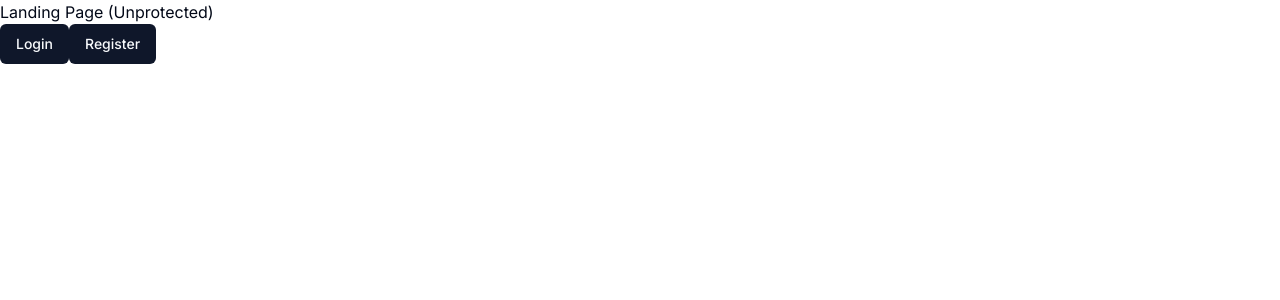
Repository: tathagat22/NeoSynth
Page: /
These files come from the project's save history. The page is drawn as it stood at one moment and after the next save; the edit follows.
The browser window is 1280 px wide. The pictures show the whole page.
The project was rebuilt for these pictures with package versions that can differ from the ones it lists, and the page was loaded fresh each time. Some packages were replaced by stand-ins written for this rebuild. The framework's server and built-in components were replaced by stand-ins that run in the browser. Also part of the build but not shown: next.config.js.

Above is the page before, as saved 2023-08-25 21:52:23.

### app/layout.tsx
import "./globals.css";
import type { Metadata } from "next";
import { Inter } from "next/font/google";
import { ClerkProvider } from "@clerk/nextjs";

const inter = Inter({ subsets: ["latin"] });

export const metadata: Metadata = {
  title: "NeoSynth",
  description: "Neo is thinking for you behind the matrix",
};

export default function RootLayout({
  children,
}: {
  children: React.ReactNode;
}) {
  return (
    <ClerkProvider>
      <html lang="en">
        <body className={inter.className}>{children}</body>
      </html>
    </ClerkProvider>
  );
}

### app/(landing)/page.tsx
import { Button } from "@/components/ui/button";
import  Link  from "next/link";

const LandingPage = () => {
  return (
    <div>
      Landing Page (Unprotected)
      <div>
        <Link href="/sign-in">
          <Button>Login</Button>
        </Link>
        <Link href="/sign-up">
          <Button>Register</Button>
        </Link>
      </div>
    </div>
  );
};

export default LandingPage;

### app/globals.css
@tailwind base;
@tailwind components;
@tailwind utilities;

html, body, :root {
  height: 100%;
}
@layer base {
  :root {
    --background: 0 0% 100%;
    --foreground: 222.2 84% 4.9%;

    --card: 0 0% 100%;
    --card-foreground: 222.2 84% 4.9%;

    --popover: 0 0% 100%;
    --popover-foreground: 222.2 84% 4.9%;

    --primary: 222.2 47.4% 11.2%;
    --primary-foreground: 210 40% 98%;

    --secondary: 210 40% 96.1%;
    --secondary-foreground: 222.2 47.4% 11.2%;

    --muted: 210 40% 96.1%;
    --muted-foreground: 215.4 16.3% 46.9%;

    --accent: 210 40% 96.1%;
    --accent-foreground: 222.2 47.4% 11.2%;

    --destructive: 0 84.2% 60.2%;
    --destructive-foreground: 210 40% 98%;

    --border: 214.3 31.8% 91.4%;
    --input: 214.3 31.8% 91.4%;
    --ring: 222.2 84% 4.9%;

    --radius: 0.5rem;
  }

  .dark {
    --background: 222.2 84% 4.9%;
    --foreground: 210 40% 98%;

    --card: 222.2 84% 4.9%;
    --card-foreground: 210 40% 98%;

    --popover: 222.2 84% 4.9%;
    --popover-foreground: 210 40% 98%;

    --primary: 210 40% 98%;
    --primary-foreground: 222.2 47.4% 11.2%;

    --secondary: 217.2 32.6% 17.5%;
    --secondary-foreground: 210 40% 98%;

    --muted: 217.2 32.6% 17.5%;
    --muted-foreground: 215 20.2% 65.1%;

    --accent: 217.2 32.6% 17.5%;
    --accent-foreground: 210 40% 98%;

    --destructive: 0 62.8% 30.6%;
    --destructive-foreground: 210 40% 98%;

    --border: 217.2 32.6% 17.5%;
    --input: 217.2 32.6% 17.5%;
    --ring: 212.7 26.8% 83.9%;
  }
}

@layer base {
  * {
    @apply border-border;
  }
  body {
    @apply bg-background text-foreground;
  }
}

### components/ui/button.tsx
import * as React from "react"
import { Slot } from "@radix-ui/react-slot"
import { cva, type VariantProps } from "class-variance-authority"

import { cn } from "@/lib/utils"

const buttonVariants = cva(
  "inline-flex items-center justify-center rounded-md text-sm font-medium ring-offset-background transition-colors focus-visible:outline-none focus-visible:ring-2 focus-visible:ring-ring focus-visible:ring-offset-2 disabled:pointer-events-none disabled:opacity-50",
  {
    variants: {
      variant: {
        default: "bg-primary text-primary-foreground hover:bg-primary/90",
        destructive:
          "bg-destructive text-destructive-foreground hover:bg-destructive/90",
        outline:
          "border border-input bg-background hover:bg-accent hover:text-accent-foreground",
        secondary:
          "bg-secondary text-secondary-foreground hover:bg-secondary/80",
        ghost: "hover:bg-accent hover:text-accent-foreground",
        link: "text-primary underline-offset-4 hover:underline",
      },
      size: {
        default: "h-10 px-4 py-2",
        sm: "h-9 rounded-md px-3",
        lg: "h-11 rounded-md px-8",
        icon: "h-10 w-10",
      },
    },
    defaultVariants: {
      variant: "default",
      size: "default",
    },
  }
)

export interface ButtonProps
  extends React.ButtonHTMLAttributes<HTMLButtonElement>,
    VariantProps<typeof buttonVariants> {
  asChild?: boolean
}

const Button = React.forwardRef<HTMLButtonElement, ButtonProps>(
  ({ className, variant, size, asChild = false, ...props }, ref) => {
    const Comp = asChild ? Slot : "button"
    return (
      <Comp
        className={cn(buttonVariants({ variant, size, className }))}
        ref={ref}
        {...props}
      />
    )
  }
)
Button.displayName = "Button"

export { Button, buttonVariants }

Loaded but not shown: lib/utils.ts (common file); tailwind.config.js (common file)

After the next save:
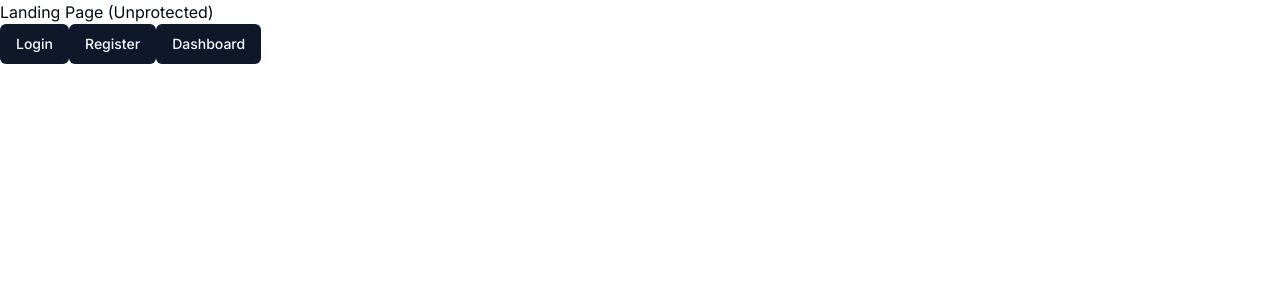
Saved 76 s later.
--- a/app/(landing)/page.tsx
+++ b/app/(landing)/page.tsx
@@ -12,6 +12,9 @@
         <Link href="/sign-up">
           <Button>Register</Button>
         </Link>
+        <Link href="/dashboard">
+          <Button>Dashboard</Button>
+        </Link>
       </div>
     </div>
   );
